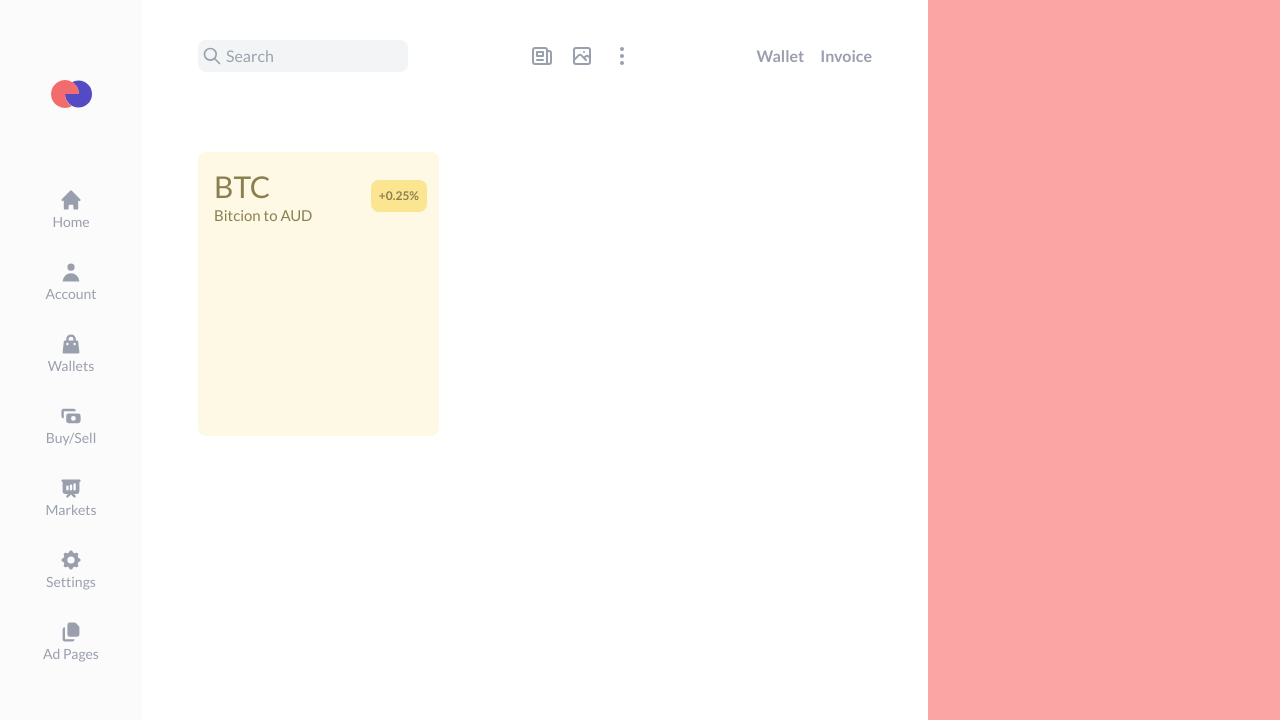
Repository: almaqdad55/crypto-app-nextjs
Page: /
An editor plug-in stored every save of this project. The page is shown before and after the next save, followed by the edit.
The browser window is 1280 px wide. The pictures show the whole page.
The project was rebuilt for these pictures with package versions that can differ from the ones it lists, and the page was loaded fresh each time. The framework's server and built-in components were replaced by stand-ins that run in the browser.

Above is the page before, as saved 2022-01-04 20:43:58.

### pages/index.js
import Head from 'next/head';
import Sidebar from '../components/Sidebar';
import Feed from '../components/Feed';
import Widget from '../components/Widget';

export default function Home() {
  return (
    <div className="">
      <Head>
        <title>Crypto Trade</title>
        <link rel="icon" href="/logo.svg" />
      </Head>

      <main className="flex">
        <Sidebar />
        <Feed />
        <Widget />
      </main>
    </div>
  );
}

### styles/globals.css
@import url('https://fonts.googleapis.com/css2?family=Lato:wght@300;400;700&display=swap');

@tailwind base;
@tailwind components;
@tailwind utilities;

@layer base {
  body {
    @apply bg-white font-Lato;
  }
}

@layer components {
  .icon-group {
    @apply flex flex-col  items-center text-sm cursor-pointer text-[#9A9FAD] hover:text-[#544AC3] transition duration-200;
  }
}

### components/Sidebar.jsx
import {
  HomeIcon,
  UserIcon,
  CashIcon,
  ShoppingBagIcon,
  PresentationChartBarIcon,
  CogIcon,
  DocumentDuplicateIcon,
} from '@heroicons/react/solid';

const Sidebar = () => {
  return (
    <div className="flex flex-col items-center  h-screen w-[142px]  bg-[#fbfbfb] ">
      <div className="mt-20">
        <img src="/logo.svg" alt="" />
      </div>
      <div className="mb-40 mt-20 flex flex-col space-y-7">
        <div className="icon-group group">
          <HomeIcon className="h-6 " />
          <span className="">Home</span>
        </div>
        <div className="icon-group group">
          <UserIcon className="h-6 " />
          <span className="">Account</span>
        </div>
        <div className="icon-group group">
          <ShoppingBagIcon className="h-6 " />
          <span className="">Wallets</span>
        </div>
        <div className="icon-group group ">
          <CashIcon className="h-6 " />
          <span className="">Buy/Sell</span>
        </div>
        <div className="icon-group group">
          <PresentationChartBarIcon className="h-6 " />
          <span className="">Markets</span>
        </div>
        <div className="icon-group group">
          <CogIcon className="h-6 " />
          <span className="">Settings</span>
        </div>
        <div className="icon-group group">
          <DocumentDuplicateIcon className="h-6 " />
          <span className="">Ad Pages</span>
        </div>
      </div>
    </div>
  );
};

export default Sidebar;

### components/Feed.jsx
import {
  DotsVerticalIcon,
  PhotographIcon,
  NewspaperIcon,
  SearchIcon,
} from '@heroicons/react/outline';

import Card from './Card';

// import { SearchIcon } from '@heroicons/react/solid';
const Feed = () => {
  return (
    <div className=" flex-grow  bg-white px-14 py-10 space-y-20">
      {/* Top Menu */}
      <div className="flex items-center  justify-between ">
        <div className="flex items-center bg-[#F2F4F5] rounded-lg p-1 space-x-1">
          <SearchIcon className="h-5 text-[#9A9FAD]" />
          <input
            type="text"
            placeholder={`Search`}
            className="outline-none bg-[#F2F4F5]"
          />
        </div>
        <div className="flex space-x-4 text-[#9A9FAD] ">
          <NewspaperIcon className="h-6 " />
          <PhotographIcon className="h-6 " />
          <DotsVerticalIcon className="h-6 " />
        </div>
        <div className="flex text-[16px] font-bold space-x-4 text-[#9A9FAD]  ">
          <p className="">Wallet</p>
          <p className="">Invoice</p>
        </div>
      </div>

      {/* Cards Display */}
      <div>
        <Card />
      </div>
    </div>
  );
};

export default Feed;

### components/Widget.jsx
const Widget = () => {
  return <div className="bg-red-300 min-w-[352px]"></div>;
};

export default Widget;

### components/Card.jsx
const Card = () => {
  return (
    <div className="w-[241px] h-[284px] bg-[#FDF9E5] rounded-lg relative text-[#8B7F50] p-4">
      <div className="absolute bg-[#FBE591] text-[#8B7F50] text-xs rounded-lg p-2 font-bold top-7 right-3">
        +0.25%
      </div>
      <h1 className="text-3xl ">BTC</h1>
      <p className="text-[15px]">Bitcion to AUD</p>
    </div>
  );
};

export default Card;

### tailwind.config.js
module.exports = {
  content: [
    './pages/**/*.{js,ts,jsx,tsx}',
    './components/**/*.{js,ts,jsx,tsx}',
  ],
  theme: {
    extend: {
      fontFamily: {
        Lato: ['Lato', 'sans-serif'],
      },
    },
  },
  plugins: [],
};

Loaded but not shown: pages/_app.js (common file)

After the next save:
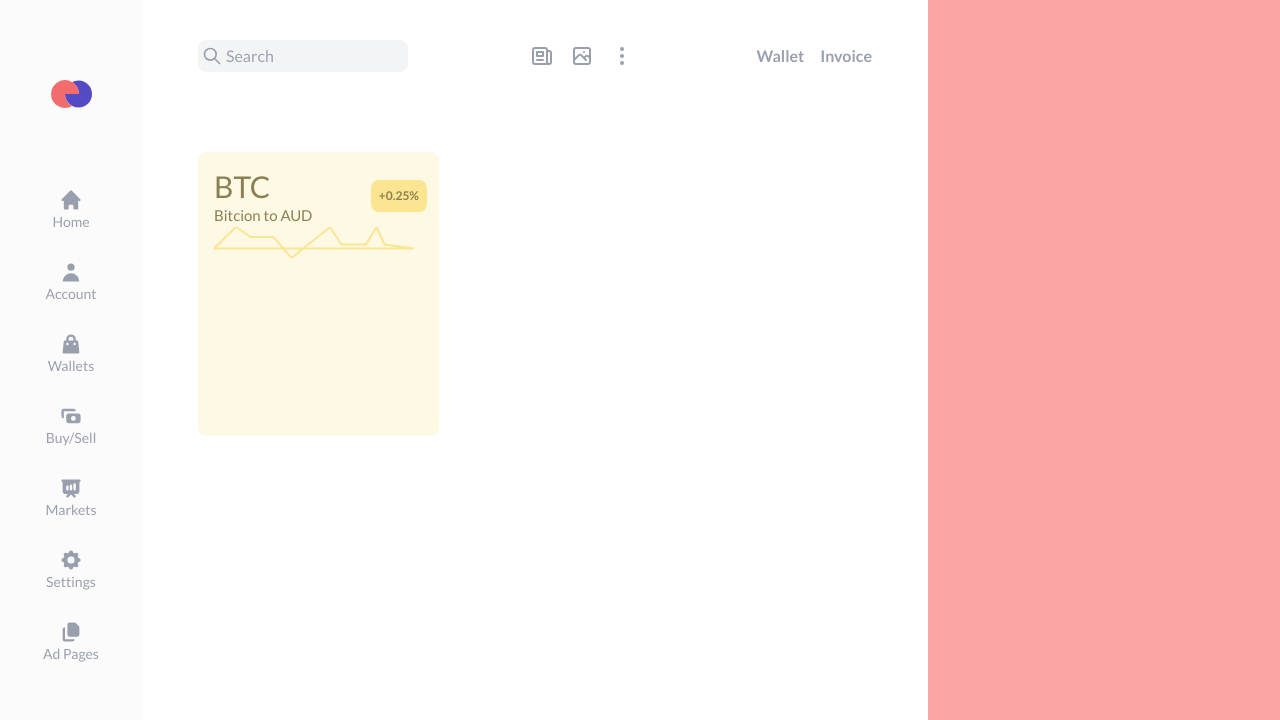
Saved 71 s later.
--- a/components/Card.jsx
+++ b/components/Card.jsx
@@ -6,6 +6,7 @@ const Card = () => {
       </div>
       <h1 className="text-3xl ">BTC</h1>
       <p className="text-[15px]">Bitcion to AUD</p>
+      <img src="/btc-chart.svg" alt="" />
     </div>
   );
 };
